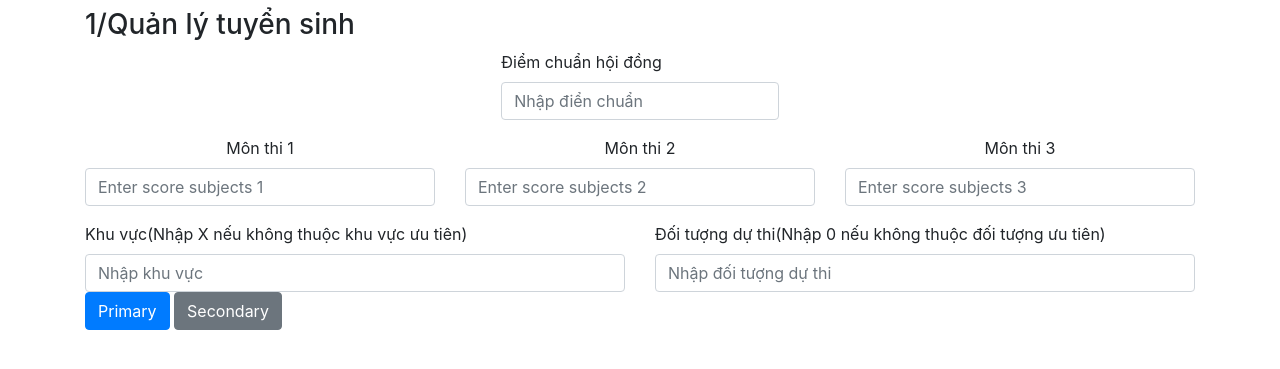
Repository: baobaodeveloper/bootcamp21__jsbasic4_HuynhAnhBao
Page: index.html
The author's editor kept a copy of each file at every save. The page is drawn from the files as they stood at one save, then again after the next save.
The browser window is 1280 px wide. The pictures show the whole page.

Above is the page before, as saved 2022-03-13 17:44:53.

### index.html
<!DOCTYPE html>
<html lang="en">
  <head>
    <title>Exercise3</title>
    <!-- Required meta tags -->
    <meta charset="utf-8" />
    <meta
      name="viewport"
      content="width=device-width, initial-scale=1, shrink-to-fit=no"
    />

    <!-- Bootstrap CSS -->
    <link
      rel="stylesheet"
      href="https://stackpath.bootstrapcdn.com/bootstrap/4.3.1/css/bootstrap.min.css"
      integrity="sha384-ggOyR0iXCbMQv3Xipma34MD+dH/1fQ784/j6cY/iJTQUOhcWr7x9JvoRxT2MZw1T"
      crossorigin="anonymous"
    />
  </head>
  <body>
    <!-- 1/Quản lý tuyển sinh -->
    <div class="container mt-2">
      <h3>1/Quản lý tuyển sinh</h3>

      <div class="mb-3 w-25 m-auto">
        <label for="exampleFormControlInput1" class="score"
          >Điểm chuẩn hội đồng</label
        >
        <input
          type="email"
          class="form-control"
          id="exampleFormControlInput1"
          placeholder="Nhập điển chuẩn"
        />
      </div>

      <div class="row mt-3 text-center">
        <div class="col">
          <label class="score">Môn thi 1</label>
          <input
            type="text"
            class="form-control"
            placeholder="Enter score subjects 1"
          />
        </div>
        <div class="col">
          <label class="score">Môn thi 2</label>
          <input
            type="text"
            class="form-control"
            placeholder="Enter score subjects 2"
          />
        </div>
        <div class="col">
          <label class="score">Môn thi 3</label>
          <input
            type="text"
            class="form-control"
            placeholder="Enter score subjects 3"
          />
        </div>
      </div>

      <div class="row mt-3">
        <div class="col">
          <label class="score"
            >Khu vực(Nhập X nếu không thuộc khu vực ưu tiên)</label
          >
          <input type="text" class="form-control" placeholder="Nhập khu vực" />
        </div>
        <div class="col">
          <label class="score"
            >Đối tượng dự thi(Nhập 0 nếu không thuộc đối tượng ưu tiên)</label
          >
          <input
            type="text"
            class="form-control"
            placeholder="Nhập đối tượng dự thi"
          />
        </div>
      </div>

      <div class="m-auto">
        <button type="button" class="btn btn-primary">Primary</button>
        <button type="button" class="btn btn-secondary">Secondary</button>
      </div>
    </div>
    <!-- Optional JavaScript -->
    <!-- jQuery first, then Popper.js, then Bootstrap JS -->
    <script
      src="https://code.jquery.com/jquery-3.3.1.slim.min.js"
      integrity="sha384-q8i/X+965DzO0rT7abK41JStQIAqVgRVzpbzo5smXKp4YfRvH+8abtTE1Pi6jizo"
      crossorigin="anonymous"
    ></script>
    <script
      src="https://cdnjs.cloudflare.com/ajax/libs/popper.js/1.14.7/umd/popper.min.js"
      integrity="sha384-UO2eT0CpHqdSJQ6hJty5KVphtPhzWj9WO1clHTMGa3JDZwrnQq4sF86dIHNDz0W1"
      crossorigin="anonymous"
    ></script>
    <script
      src="https://stackpath.bootstrapcdn.com/bootstrap/4.3.1/js/bootstrap.min.js"
      integrity="sha384-JjSmVgyd0p3pXB1rRibZUAYoIIy6OrQ6VrjIEaFf/nJGzIxFDsf4x0xIM+B07jRM"
      crossorigin="anonymous"
    ></script>

    <script src="exercise1.js"></script>
  </body>
</html>

Loaded but not shown: exercise1.js (no stored copy; drawn as an empty file)

After the next save:
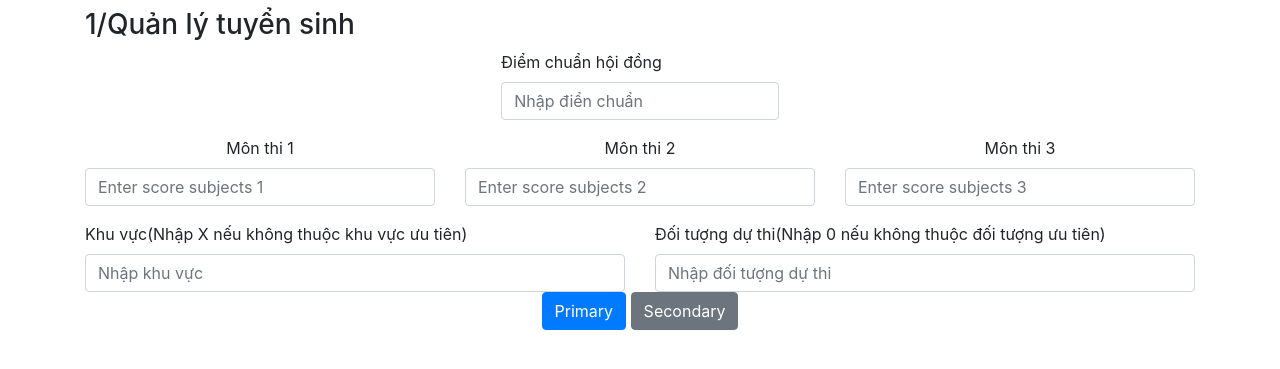
Saved 17 s later.
--- a/index.html
+++ b/index.html
@@ -80,7 +80,7 @@
         </div>
       </div>
 
-      <div class="m-auto">
+      <div class="text-center">
         <button type="button" class="btn btn-primary">Primary</button>
         <button type="button" class="btn btn-secondary">Secondary</button>
       </div>
